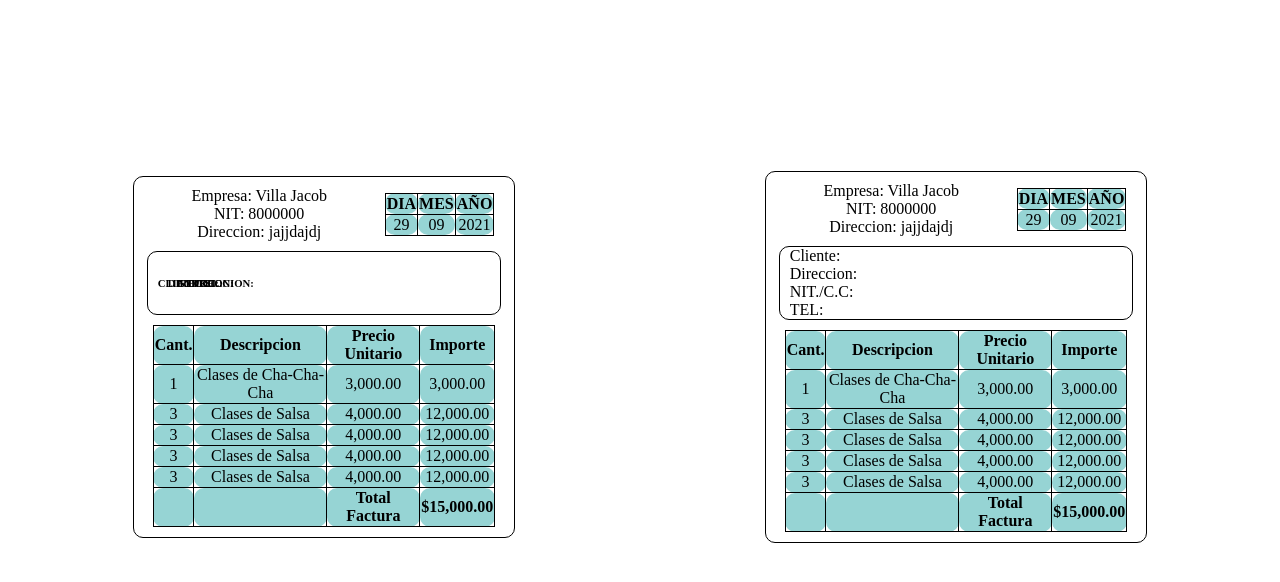
Repository: MrVanQish/FacturaEstructura
Page: index.html
An editor plug-in stored every save of this project. The page is shown before and after a run of saves, followed by the edit.
The browser window is 1280 px wide. The pictures show the whole page.

Above is the page before, as saved 2021-09-29 12:01:08.

After the next 3 saves:
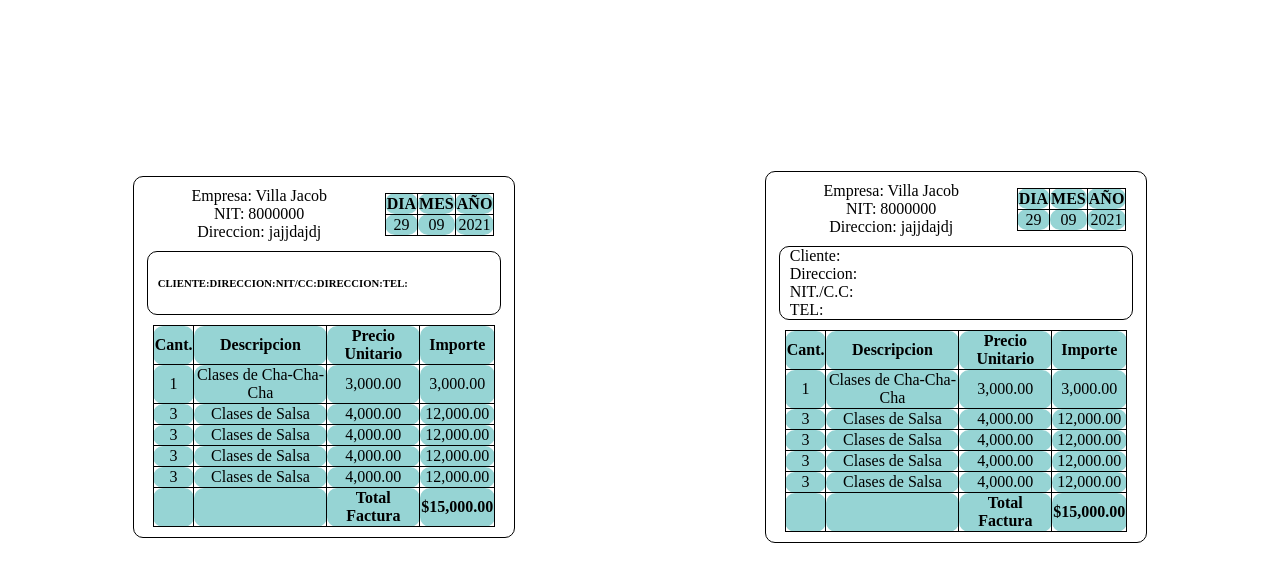
The 3 saves are shown as one change because they came seconds apart.
The last was saved 9 s later.
--- a/styles.css
+++ b/styles.css
@@ -89,7 +89,7 @@ th, td {
 }
 
 .infoCliente-f > h6{
-  width: 10px;
+  text-overflow: initial;
 }
 
 
